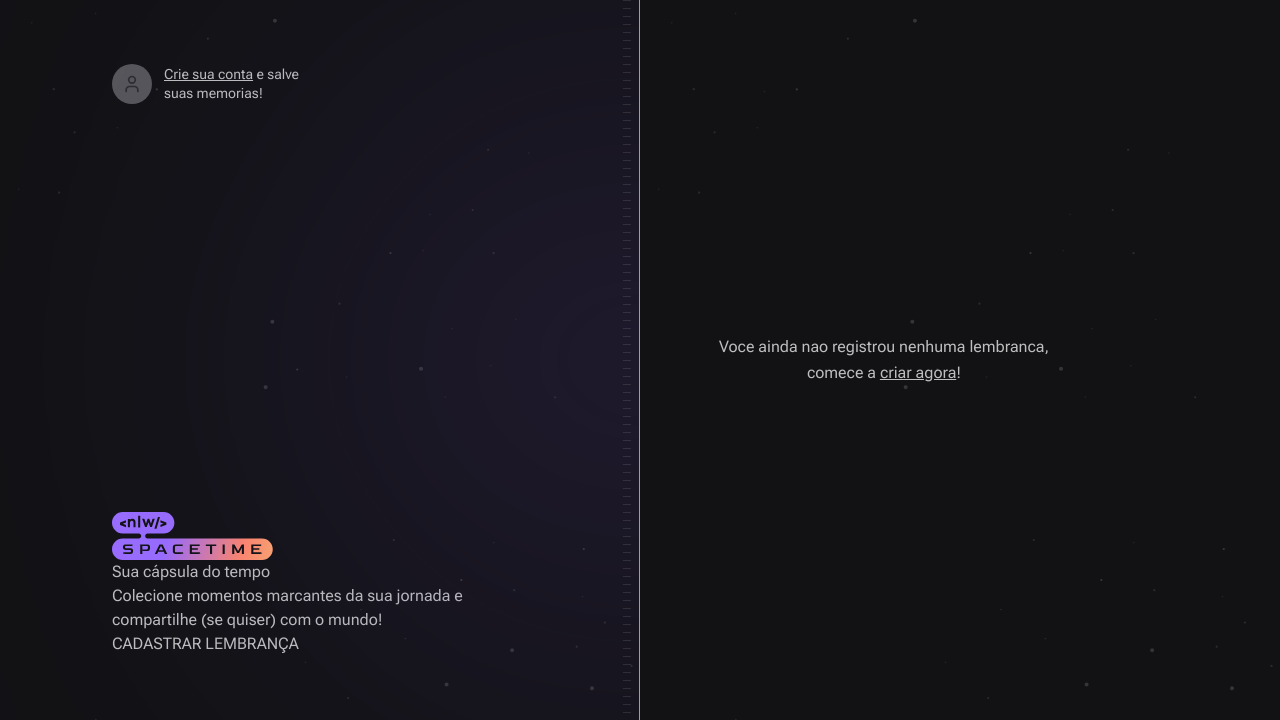
Repository: viniimartins/NLWSpacetime
Page: /
An editor plug-in stored every save of this project. The page is shown before and after a run of saves, followed by the edit.
The browser window is 1280 px wide. The pictures show the whole page.
Some web fonts or font styles are not loaded; a fallback is used. The project was rebuilt for these pictures with package versions that can differ from the ones it lists, and the page was loaded fresh each time. The framework's server and built-in components were replaced by stand-ins that run in the browser. Also part of the build but not shown: next.config.js.

Above is the page before, as saved 2023-05-28 19:45:37.

### src/app/layout.tsx
import React from "react";
import "./globals.css";
import {
  Roboto_Flex as Roboto,
  Bai_Jamjuree as BaiJamjuree,
} from "next/font/google";

const roboto = Roboto({ subsets: ["latin"], variable: "--font-roboto" });
const baiJamjuree = BaiJamjuree({
  subsets: ["latin"],
  weight: "700",
  variable: "--font-bai-Jamjuree",
});

export const metadata = {
  title: "NLW Spacetime",
  description:
    "Uma cápsula do tempo contruido com REact, Next.js, TailwindCSS e TypeScript",
};

export default function RootLayout({
  children,
}: {
  children: React.ReactNode;
}) {
  return (
    <html lang="en">
      <body
        className={`${roboto.variable}  ${baiJamjuree.variable} bg-gray-900 font-sans text-gray-100`}
      >
        {children}
      </body>
    </html>
  );
}

### src/app/page.tsx
import { User } from "lucide-react";
import Image from "next/image";
import nlwLogo from "../assets/nlw-spacetime-logo.svg";

export default function Home() {
  return (
    <main className="grid min-h-screen grid-cols-2">
      {/* Left*/}
      <div className=" border-white/10 bg-cover relative flex flex-col items-start justify-between overflow-hidden border-r bg-[url(../assets/bg-stars.svg)] px-28 py-16">
        {/* Blur*/}
        <div className="absolute right-0 top-1/2 h-[288px] w-[526px] -translate-y-1/2 translate-x-1/2 rounded-full bg-purple-700 opacity-50 blur-full" />

        {/* Stripes*/}
        <div className="absolute bottom-0 right-2 top-0 w-2 bg-stripes" />

        {/* Sign In*/}

        <a
          href=""
          className="flex items-center gap-3 text-left transition-colors hover:text-gray-50"
        >
          <div className="flex h-10 w-10 items-center justify-center rounded-full bg-gray-400">
            <User className="h-5 w-5 text-gray-500" />
          </div>

          <p className="max-w-[140px] text-sm leading-snug">
            <span className="underline">Crie sua conta</span> e salve suas
            memorias!
          </p>
        </a>

        {/* Hero */}

        <div>
          <Image src={nlwLogo} alt="" />

          <div>
            <h1>Sua cápsula do tempo</h1>
            <p>
              Colecione momentos marcantes da sua jornada e compartilhe (se
              quiser) com o mundo!
            </p>
          </div>
          <a href="">CADASTRAR LEMBRANÇA</a>
        </div>
      </div>

      {/* Right*/}
      <div className="bg-cover bg-cover flex flex-col bg-[url(../assets/bg-stars.svg)] p-16">
        <div className="justift-center flex flex-1 items-center">
          <p className="w-[360px] text-center leading-relaxed">
            Voce ainda nao registrou nenhuma lembranca, comece a{" "}
            <a href="" className="underline hover:text-gray-50">
              criar agora
            </a>
            !
          </p>
        </div>
      </div>
    </main>
  );
}

### tailwind.config.js
/** @type {import('tailwindcss').Config} */
module.exports = {
  content: [
    './src/pages/**/*.{js,ts,jsx,tsx,mdx}',
    './src/components/**/*.{js,ts,jsx,tsx,mdx}',
    './src/app/**/*.{js,ts,jsx,tsx,mdx}',
  ],
  theme: {
    extend: {
      fontFamily: {
        sans: 'var(--font-roboto)',
        alt: 'var(--font-bai-jamjuree)'
      }
    },


    colors: {
      gray: {
        50: '#eaeaea',
        100: '#bebebf',
        200: '#9e9ea0',
        300: '#727275',
        400: '#56565a',
        500: '#2c2c31',
        600: '#28282d',
        700: '#1f1f23',
        800: '#18181b',
        900: '#121215',
      },
      purple: {
        50: '#f3eefc',
        100: '#d8cbf7',
        200: '#c6b2f3',
        300: '#ab8eee',
        400: '#9b79ea',
        500: '#8257e5',
        600: '#764fd0',
        700: '#5c3ea3',
        800: '#48307e',
        900: '#372560',
      },
      green: {
        50: '#e6fbef',
        100: '#b1f1ce',
        200: '#8cebb6',
        300: '#57e295',
        400: '#36dc81',
        500: '#04d361',
        600: '#04c058',
        700: '#039645',
        800: '#027435',
        900: '#025929',
      },
    },


    backgroundImage: {
      stripes: 'linear-gradient(to bottom, rgba(255, 255, 255, 0.1), rgba(255, 255, 255, 0.1) 12.5%, transparent 12.5%, transparent)',
    },

    backgroundSize: {
      stripes: '100% 8px',
    },

    blur: {
      full: '194px'
    }
  },
  plugins: [],
}

Loaded but not shown: src/app/globals.css (common file)

After the next 3 saves:
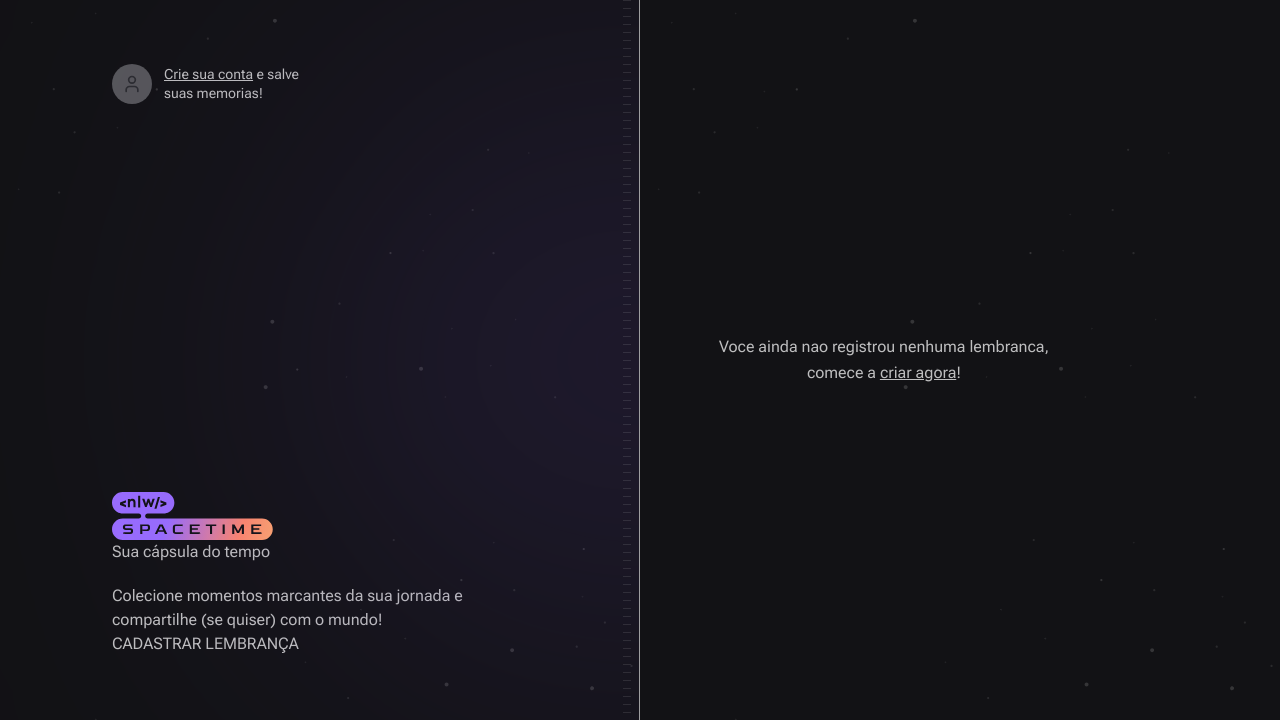
The 3 saves are shown as one change because they came seconds apart.
The last was saved 11 s later.
--- a/src/app/page.tsx
+++ b/src/app/page.tsx
@@ -34,7 +34,7 @@ export default function Home() {
         <div>
           <Image src={nlwLogo} alt="" />
 
-          <div>
+          <div className="space-y-5">
             <h1>Sua cápsula do tempo</h1>
             <p>
               Colecione momentos marcantes da sua jornada e compartilhe (se
